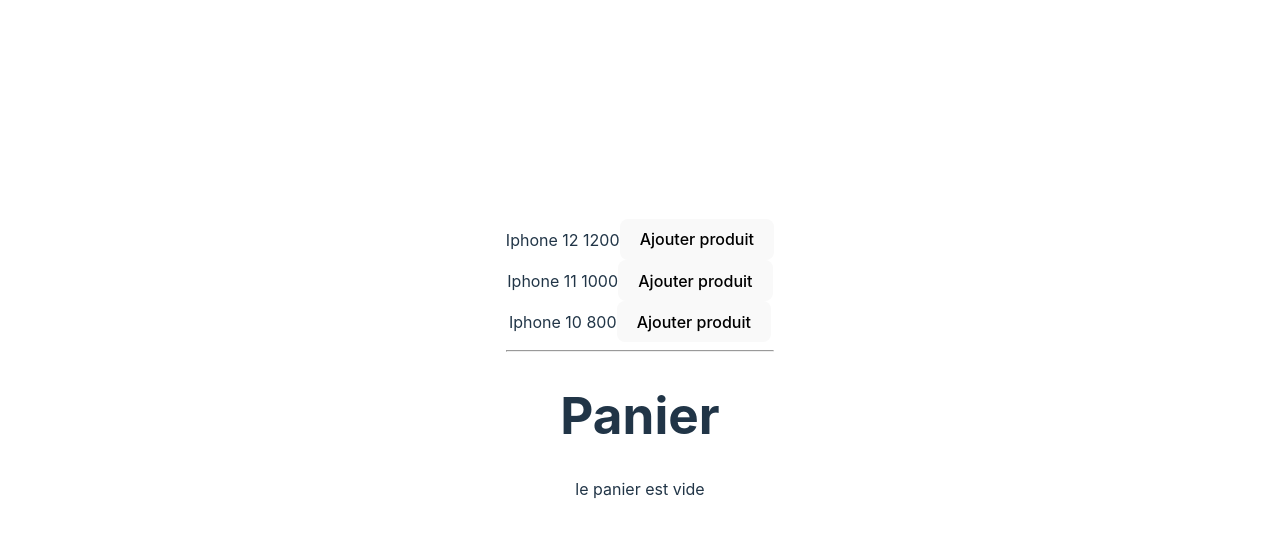
Repository: ndiemenguer/convertisseur
Page: / (app in sanogo/)
The author's editor kept a copy of each file at every save. The page is drawn from the files as they stood at one save, then again after the next save.
The browser window is 1280 px wide. The pictures show the whole page.
The project was rebuilt for these pictures with package versions that can differ from the ones it lists, and the page was loaded fresh each time. Also part of the build but not shown: sanogo/vite.config.js.

Above is the page before, as saved 2023-07-08 12:26:10.

### sanogo/src/App.jsx
import React, { useState } from "react";
import "./App.css";
function App() {
  const [product, setProduct] = useState([
    { id: 1, name: "Iphone 12", price: 1200 },
    { id: 2, name: "Iphone 11", price: 1000 },
    { id: 3, name: "Iphone 10", price: 800 },
  ]);
  const [garder, setGarder] = useState([]);
  function addToCart(product) {
    if (garder.find((item) => item.id === product.id)) {
      setGarder((garder) => {
        const newGarder = garder.map((item) => {
          if (item.id === product.id) {
            return { ...item, quantity: item.quantity + 1 };
          }
          return item;
        });
        return newGarder;
      });
    } else {
      setGarder((garder) => [...garder, { ...product, quantity: 1 }]);
    }
  }
  function removeFromCart(product) {
    setGarder((garder) => {
      garder.filter((item) => item.id !== product.id);
    });
  }

  return (
    <>
      {product.map((item) => (
        <div key={item.id}>
          {item.name} {"  "}
          {item.price}
          <button onClick={() => addToCart(item)}>Ajouter produit</button>
        </div>
      ))}
      <hr />
      <h1>Panier</h1>
      {garder.length === 0 && <div>le panier est vide</div>}
      {garder.map((item) => (
        <div key={item.id}>
          {item.name} {"  "}
          {item.price * item.quantity}€ {"  "}x{item.quantity}
          <button onClick={() => removeFromCart(item)}>Supprimer</button>
        </div>
      ))}
    </>
  );
}
export default App;

Loaded but not shown: sanogo/index.html (common file); sanogo/src/main.jsx (common file); sanogo/src/index.css (common file); sanogo/src/App.css (common file)

After the next save:
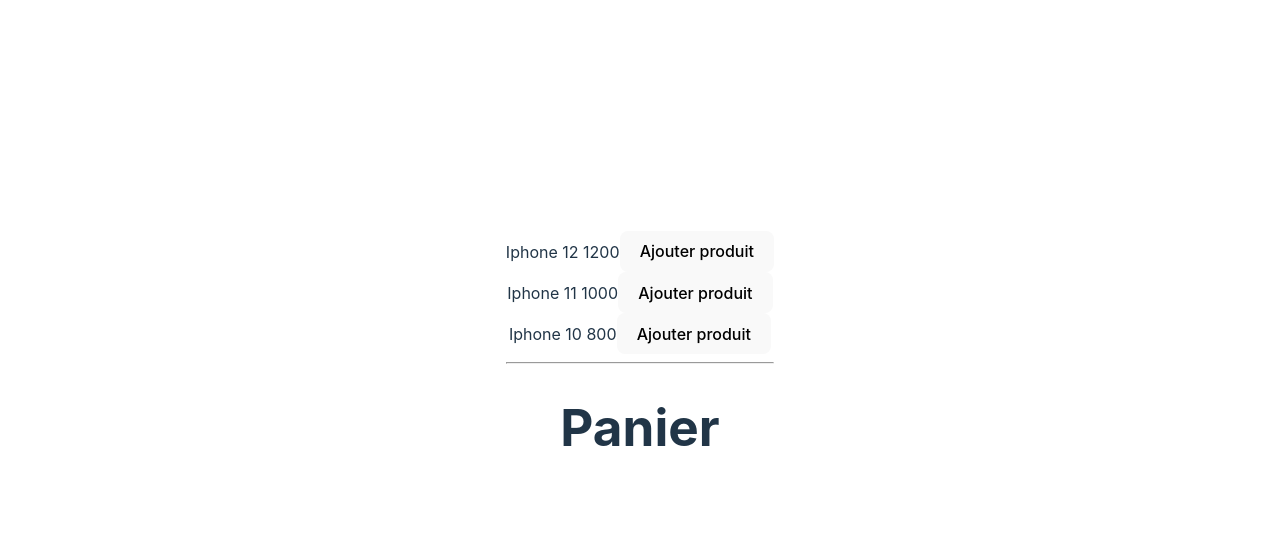
Saved 65 s later.
--- a/sanogo/src/App.jsx
+++ b/sanogo/src/App.jsx
@@ -39,7 +39,7 @@
       ))}
       <hr />
       <h1>Panier</h1>
-      {garder.length === 0 && <div>le panier est vide</div>}
+      {/* {garder.length === 0 && <div>le panier est vide</div>} */}
       {garder.map((item) => (
         <div key={item.id}>
           {item.name} {"  "}

After the save that followed:
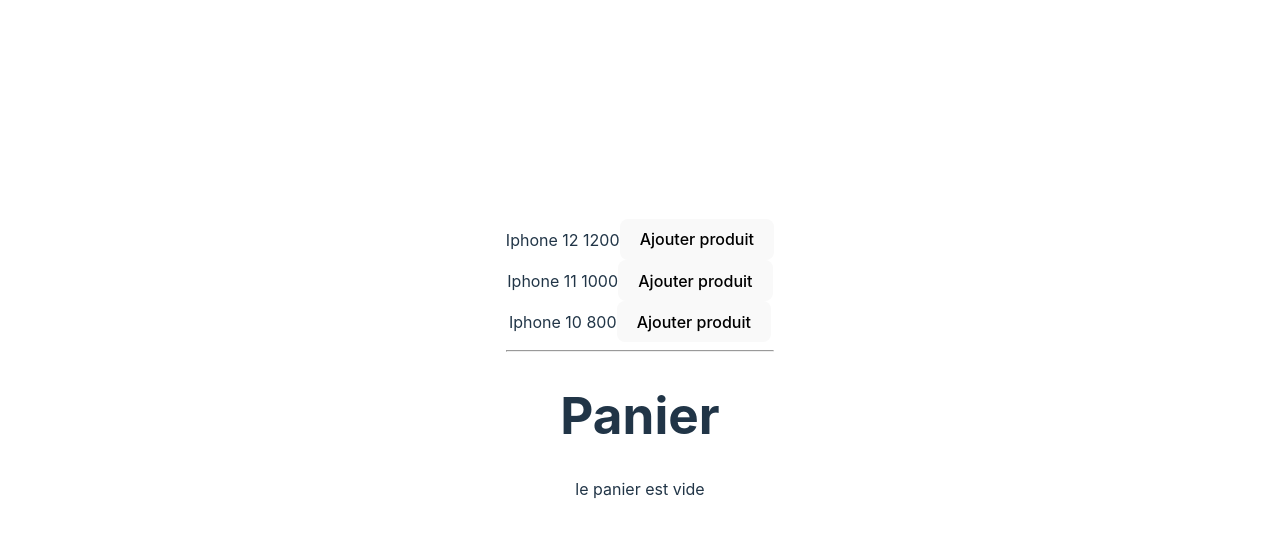
Saved 100 s later.
--- a/sanogo/src/App.jsx
+++ b/sanogo/src/App.jsx
@@ -24,7 +24,7 @@
   }
   function removeFromCart(product) {
     setGarder((garder) => {
-      garder.filter((item) => item.id !== product.id);
+      return garder.filter((item) => item.id !== product.id);
     });
   }
 
@@ -39,7 +39,7 @@
       ))}
       <hr />
       <h1>Panier</h1>
-      {/* {garder.length === 0 && <div>le panier est vide</div>} */}
+      {garder.length === 0 && <div>le panier est vide</div>}
       {garder.map((item) => (
         <div key={item.id}>
           {item.name} {"  "}
